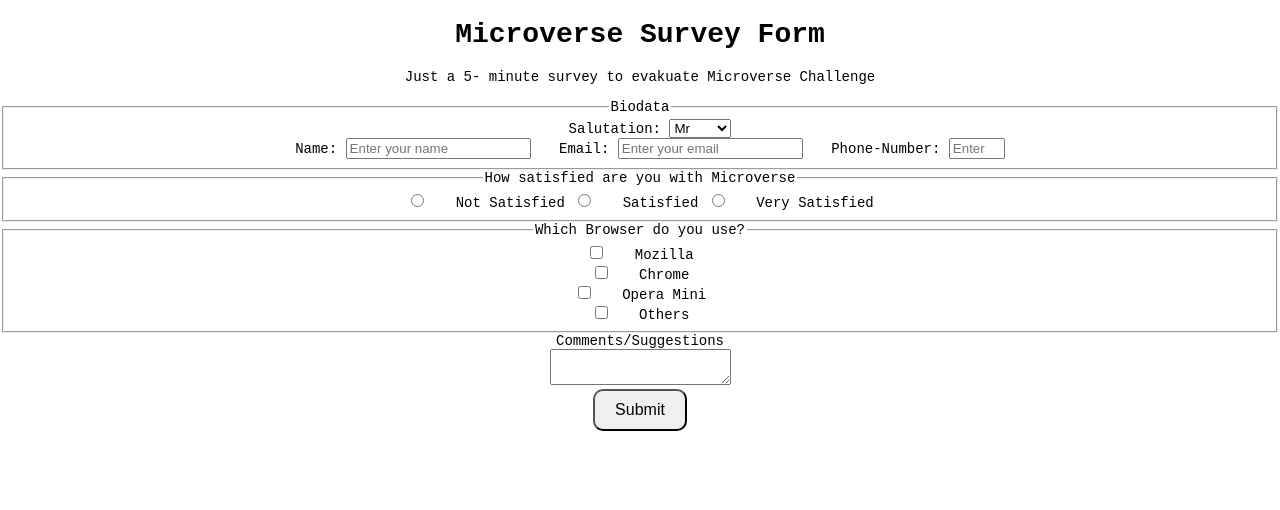
Repository: ahmedmeshref/Microverse-project
Page: index.html
These files come from the project's save history. The page is drawn as it stood at one moment and after the next save; the edit follows.
The browser window is 1280 px wide. The pictures show the whole page.

Above is the page before, as saved 2019-03-29 15:41:53.

After the next save:
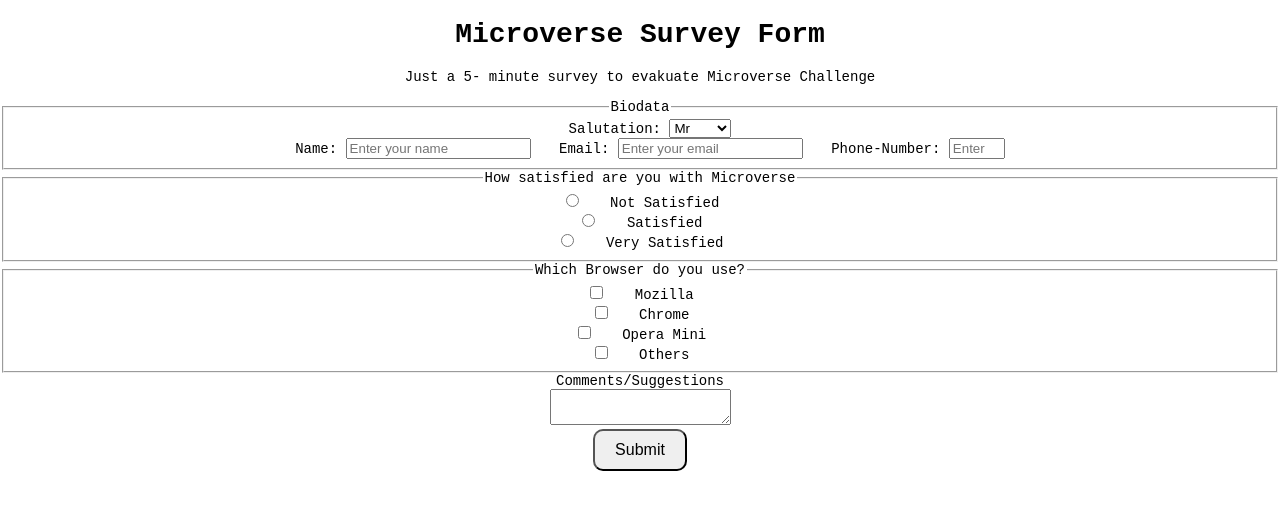
Saved 37 s later.
--- a/index.html
+++ b/index.html
@@ -34,13 +34,13 @@
 <fieldset>
     <legend>How satisfied are you with Microverse</legend>
     <input type="radio"  name ="sat" value="Not Satisfied">
-    <label for="ns">Not Satisfied</label>
+    <label for="ns">Not Satisfied</label><br/>
 
     <input type="radio" name ="sat" value="Satisfied">
-    <label>Satisfied</label>
+    <label>Satisfied</label><br/>
 
     <input type="radio" name ="sat" value="Very Satisfied">
-    <label>Very Satisfied</label>
+    <label>Very Satisfied</label><br/>
 </fieldset>
 
 <fieldset>
